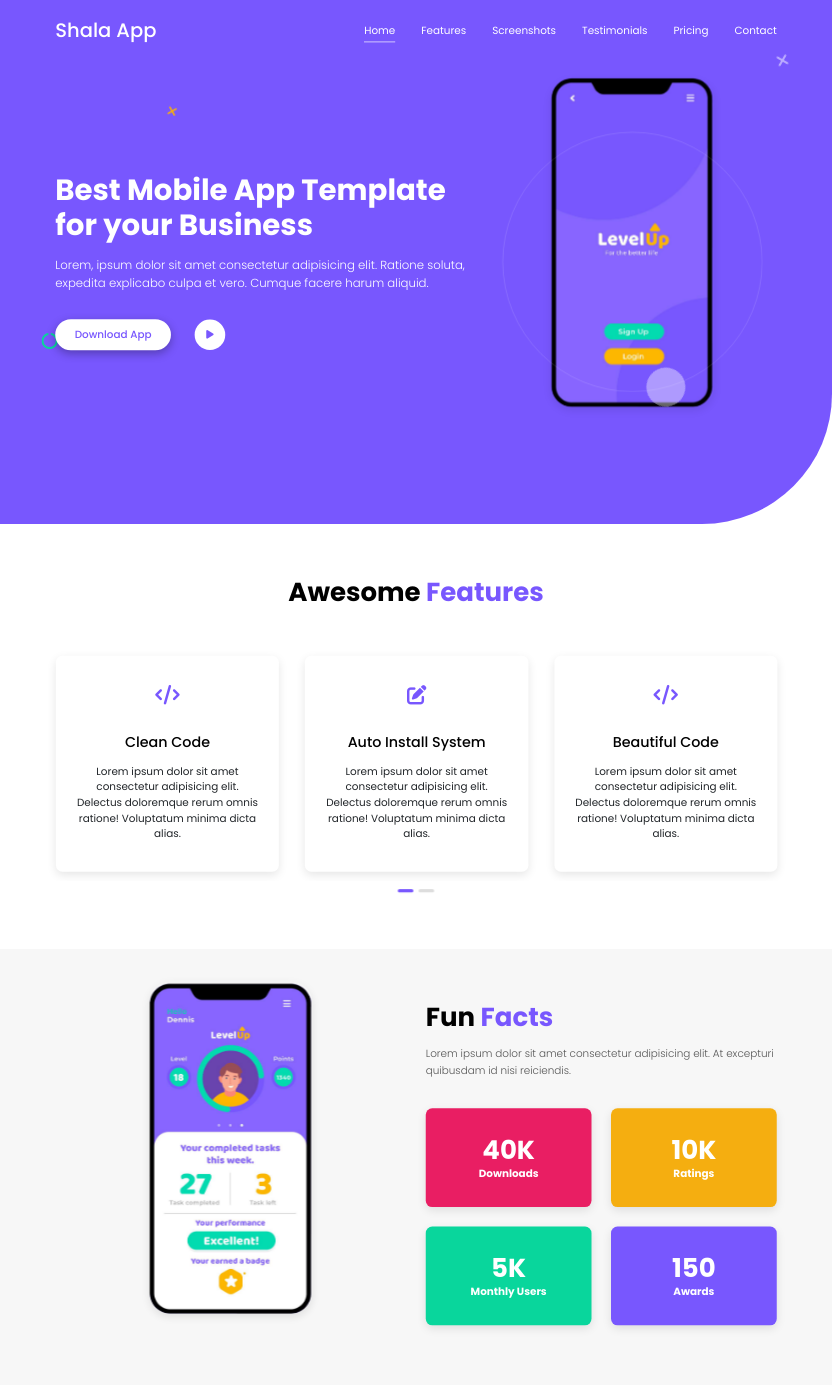
Repository: Mohamed-Hema/Shala-App
Page: index.html
An editor plug-in stored every save of this project. The page is shown before and after a run of saves, followed by the edit.
The browser window is 1280 px wide. The pictures show the whole page, at 65% of full size.
Some web libraries are served in a nearby version.

Above is the page before, as saved 2021-02-19 17:11:18.

### index.html
<!DOCTYPE html>
<html lang="zxx">
<head>
  <title>Shala - App Landing Page</title>
  <meta charset="utf-8">
  <meta name="viewport" content="width=device-width, initial-scale=1">
  <!-- owl carousel css -->
  <link rel="stylesheet" href="css/owl.carousel.min.css">
  <!-- font awesome icons -->
  <script src="https://kit.fontawesome.com/794108ad0e.js" crossorigin="anonymous"></script>
  <!-- bootstrap css -->
  <link rel="stylesheet" href="css/bootstrap.min.css">
  <!-- main css -->
  <link rel="stylesheet" href="css/style.css">
</head>
<body>

  <!-- Start NavBar -->
  <nav class="navbar navbar-expand-md fixed-top">
    <div class="container">
      <!-- Brand -->
      <a class="navbar-brand" href="#">Shala App</a>

      <!-- Toggler/collapsibe Button -->
      <button class="navbar-toggler" type="button" data-toggle="collapse" data-target="#collapsibleNavbar">
        <span class="navbar-toggler-icon"></span>
      </button>

      <!-- Navbar links -->
      <div class="collapse navbar-collapse" id="collapsibleNavbar">
        <ul class="navbar-nav ml-auto">
          <li class="nav-item">
            <a class="nav-link active" href="#">Home</a>
          </li>
          <li class="nav-item">
            <a class="nav-link" href="#">Features</a>
          </li>
          <li class="nav-item">
            <a class="nav-link" href="#">Screenshots</a>
          </li>
          <li class="nav-item">
            <a class="nav-link" href="#">Testimonials</a>
          </li>
          <li class="nav-item">
            <a class="nav-link" href="#">Pricing</a>
          </li>
          <li class="nav-item">
            <a class="nav-link" href="#">Contact</a>
          </li>
        </ul>
      </div>
    </div>
  </nav>

  <!-- End NavBar -->
  <!-- Start Home Section -->
  <section class="home d-flex align-items-center">
    <div class="effect-wrap">
      <i class="fas fa-plus effect effect-1"></i>
      <i class="fas fa-plus effect effect-2"></i>
      <i class="fas fa-circle-notch effect effect-3"></i>
    </div>
    <div class="container">
      <div class="row align-items-center">
        <div class="col-md-7">
          <div class="home-text">
            <h1>Best Mobile App Template for your Business</h1>
            <p>Lorem, ipsum dolor sit amet consectetur adipisicing elit. Ratione soluta, expedita explicabo culpa et vero. Cumque facere harum aliquid.</p>
            <div class="home-btn">
              <a href="#" class="btn btn-1">Download App</a>
              <button type="button" class="btn btn-1 video-play-btn">
                <i class="fas fa-play"></i>
              </button>
            </div>
          </div>
        </div>
        <div class="col-md-5 text-center">
          <div class="home-img">
            <div class="circle"></div>
            <img src="img/app-screenshots/1.png" alt="First App Screen">
          </div>
        </div>
      </div>
    </div>
  </section>
  <!-- End Home Section -->
  <!-- Start Video PopUp -->
  <div class="video-popup">
    <div class="video-popup-inner">
      <i class="fas fa-times video-popup-close"></i>
      <div class="iframe-box">
        <iframe id="player-1" src="https://www.youtube.com/embed/o1eY1MPcRQs" allow="accelerometer; autoplay; clipboard-write; encrypted-media; gyroscope; picture-in-picture" allowfullscreen></iframe>
      </div>
    </div>
  </div>
  <!-- End Video PopUP -->
  <!-- Start Features Section -->
  <section class="features section-padding">
    <div class="container">
      <div class="row justify-content-center">
        <div class="col-lg-8">
          <div class="section-title">
            <h2>Awesome <span>Features</span></h2>
          </div>
        </div>
      </div>
      <div class="row">
        <div class="owl-carousel features-carousel">
          <div class="feature-item">
            <div class="icon"><i class="fas fa-code"></i></div>
            <h3>Clean Code</h3>
            <p>Lorem ipsum dolor sit amet consectetur adipisicing elit. Delectus doloremque rerum omnis ratione! Voluptatum minima dicta alias.</p>
          </div>
          <div class="feature-item">
            <div class="icon"><i class="fas fa-edit"></i></div>
            <h3>Auto Install System</h3>
            <p>Lorem ipsum dolor sit amet consectetur adipisicing elit. Delectus doloremque rerum omnis ratione! Voluptatum minima dicta alias.</p>
          </div>
          <div class="feature-item">
            <div class="icon"><i class="fas fa-code"></i></div>
            <h3>Beautiful Code</h3>
            <p>Lorem ipsum dolor sit amet consectetur adipisicing elit. Delectus doloremque rerum omnis ratione! Voluptatum minima dicta alias.</p>
          </div>
          <div class="feature-item">
            <div class="icon"><i class="fas fa-check"></i></div>
            <h3>Fast Load App</h3>
            <p>Lorem ipsum dolor sit amet consectetur adipisicing elit. Delectus doloremque rerum omnis ratione! Voluptatum minima dicta alias.</p>
          </div>
          <div class="feature-item">
            <div class="icon"><i class="fas fa-desktop"></i></div>
            <h3>Responsive Design</h3>
            <p>Lorem ipsum dolor sit amet consectetur adipisicing elit. Delectus doloremque rerum omnis ratione! Voluptatum minima dicta alias.</p>
          </div>

        </div>
      </div>
    </div>
  </section>

  <!-- End Features Section -->
  <!-- Start Fun Facts Section -->
  <section class="fun-facts section-padding">
    <div class="container">
      <div class="row">
        <div class="col-lg-6 col-md-5 d-flex align-items-center justify-content-center">
          <div class="fun-facts-img">
            <img src="img/app-screenshots/2.png" alt="Fun Facts">
          </div>
        </div>
        <div class="col-lg-6 col-md-7">
          <div class="section-title">
            <h2>Fun <span>Facts</span></h2>
          </div>
          <div class="fun-facts-text">
            <p>Lorem ipsum dolor sit amet consectetur adipisicing elit. At excepturi quibusdam id nisi reiciendis.</p>
            <div class="row">
              <div class="col-sm-6">
                <div class="fun-fact-item style-1">
                  <h3>40K</h3>
                  <span>Downloads</span>
                </div>
              </div>
              <div class="col-sm-6">
                <div class="fun-fact-item style-2">
                  <h3>10K</h3>
                  <span>Ratings</span>
                </div>
              </div>
              <div class="col-sm-6">
                <div class="fun-fact-item style-3">
                  <h3>5K</h3>
                  <span>Monthly Users</span>
                </div>
              </div>
              <div class="col-sm-6">
                <div class="fun-fact-item style-4">
                  <h3>150</h3>
                  <span>Awards</span>
                </div>
              </div>
            </div>
            </div>
          </div>
        </div>
      </div>
    </div>
  </section>

  <!-- End Fun Facts Section -->

<!-- jquery js -->
<script src="js/jquery.min.js"></script>
<!-- popper js -->
<script src="js/popper.min.js"></script>
<!-- bootstrap js -->
<script src="js/bootstrap.min.js"></script>
<!-- owl carousel js -->
<script src="js/owl.carousel.min.js"></script>
<!-- ScrollIt js -->
<script src="js/scrollIt.min.js"></script>
<!-- main js -->
<script src="js/main.js"></script>
</body>
</html>

### css/style.css
/* Start Global Styles */
@import url('https://fonts.googleapis.com/css2?family=Poppins:wght@300;400;500;600;700;800;900&display=swap');

*{
    margin: 0;
    padding: 0;
    outline: none!important;
}

:root{
    --main-color: #7857fe;
    --color-1: #e91e63;
    --color-2: #f5ae10;
    --color-3: #09d69c;
    --bg-dark: #2b2c2f;
    --main-to-dark-color: var(--main-color);
    --dark-to-main-color: var(--bg-dark);
    --shadow-black-100: 0 5px 15px rgba(0,0,0,.1);
    --shadow-black-300: 0 5px 15px rgba(0,0,0,.3);
    --black-900: #000;
    --black-400: #555555;
    --black-100: #f7f7f7;
    --black-000: #fff;
    --black-alpha-100: rgba(0,0,0,0.05);
}

body{
    font-family: 'Poppins', sans-serif;
    font-size: 16px;
    font-weight: 400;
    overflow-x: hidden;
    background-color: #fff;
    line-height: 1.5;
}
img{
    max-width: 100%;
    vertical-align: middle;
}
ul{
    list-style: none;
}
.btn-1{
    background-color: #fff;
    padding: 12px 30px;
    border: none;
    border-radius: 30px;
    color: var(--main-color);
    font-size: 16px;
    transition: all .5s ease;
    box-shadow: var(--shadow-black-300);
    font-weight: 500;
}
.btn-1:focus{
    box-shadow: var(--shadow-black-300);
}
.btn-1:hover{
    color: #fff;
    background-color: var(--main-color);
}
@keyframes spin_01{
    0%{
        transform: rotate(0deg);
    }
    100%{
        transform: rotate(360deg);
    }
}
@keyframes bounceTop_01{
    0%, 100%{
        transform: translateY(-30px);
    }
    50%{
        transform: translateY(0px);
    }
}
@keyframes pulse_01{
    0%{
        transform: scale(0.94);
        box-shadow: 0 0 0 0 rgba(255,255,255,0.7);
    }
    70%{
        transform: scale(1);
        box-shadow: 0 0 0 12px rgba(255,255,255,0);
    }
    100%{
        transform: scale(0.94);
        box-shadow: 0 0 0 0 rgba(255, 255, 255, 0);
    }
}
.effect-wrap .effect{
    position: absolute;
    z-index: -1;
}
.effect-wrap .effect-1{
    left: 20%;
    top: 20%;
    font-size: 20px;
    color: var(--color-2);
    animation: spin_01 5s linear infinite;
}
.effect-wrap .effect-2{
    right: 5%;
    top: 10%;
    font-size: 25px;
    color: rgba(255, 255, 255, .5);
    animation: spin_01 7s linear infinite;
}
.effect-wrap .effect-3{
    left: 5%;
    bottom: 30%;
    font-size: 25px;
    color: var(--color-3);
    animation: bounceTop_01 3s linear infinite;
}
.section-padding{
    padding: 80px 0;
}
.section-title h2{
    font-size: 40px;
    color: var(--black-900);
    font-weight: 700;
    text-align: center;
    margin: 0;
}
.section-title{
    margin-bottom: 60px;
}
.section-title h2 span{
    color: var(--main-color);
}
.owl-carousel .owl-dots{
    color: var(--main-color);
}
.owl-carousel .owl-dots{
    text-align: center;
}
.owl-carousel .owl-dots .active{
    background-color: var(--main-color);
}
.owl-carousel button.owl-dot{
    height: 5px;
    width: 24px;
    background-color: #ddd;
    display: inline-block;
    margin: 0 4px;
    border-radius: 5px;
}
/* End Global Styles */
/* Start Navbar */
.navbar{
    background-color: transparent;
    padding: 20px 0;
    transition: all .5s ease;
}
.navbar.navbar-shrink{
    box-shadow: 0 10px 10px rgba(0, 0, 0, .1);
    background-color: var(--main-color);
    padding: 10px 0;
}
.navbar > .container{
    padding: 0 15px;
}
.navbar .navbar-brand{
    font-size: 30px;
    color: #fff;
    font-weight: 500;
}
.navbar .nav-item{
    margin-left: 40px;
}
.navbar .nav-item .nav-link{
    color: #fff;
    font-size: 16px;
    font-weight: 400;
    padding: 5px 0;
    position: relative;
}
.navbar .nav-item .nav-link::before{
    content: '';
    position: absolute;
    left: 0;
    right: 0;
    bottom: 0;
    height: 1px;
    background-color: #fff;
    transition: all .5s ease;
    transform: scale(0);
}
.navbar .nav-item .nav-link.active::before,
.navbar .nav-item .nav-link:hover::before{
    transform: scale(1);
}
.navbar .nav-item .nav-link:hover.active::before{
    transform: scale(0);
}
/* End Navbar */
/* Start Home Section */
.home{
    min-height: 100vh;
    padding: 150px 0;
    background-color: var(--main-to-dark-color);
    border-radius: 0 0 200px 0;
    position: relative;
    z-index: 1;
}
.home-text h1{
    font-size: 45px;
    font-weight: 700;
    color: #fff;
    margin: 0 0 20px;
}
.home-text p{
    font-size: 18px;
    line-height: 28px;
    color: #fff;
    margin: 0;
    font-weight: 300;
}
.home .home-btn{
    margin-top: 40px;
}
.home .home-btn .video-play-btn:hover{
    animation: none;
    box-shadow: var(--shadow-black-300);
}
.home .home-btn .video-play-btn{
    margin-left: 30px;
    height: 50px;
    width: 50px;
    padding: 0;
    font-size: 16px;
    animation: pulse_01 2s ease infinite;
}
.home .home-btn .video-play-btn i{
    line-height: 50px;
}
.home-img img{
    max-width: 250px;
    width: 100%;
    box-shadow: var(--shadow-black-100);
    border-radius: 32px;
    animation: bounceTop_01 3s ease infinite;
}

.home-img{
    position: relative;
}
.home-img .circle{
    position: absolute;
    z-index: 1;
    height: 400px;
    width: 400px;
    border: 1px solid rgba(255, 255, 255, .2);
    border-radius: 50%;
    top: 50%;
    left: 50%;
    transform: translate(-50%, -50%);
}
.home-img .circle::before{
    content: '';
    position: absolute;
    height: 60px;
    width: 60px;
    background-color: rgba(255, 255, 255, .4);
    border-radius: 50%;
    left: 30px;
    top: 30px;
    transform-origin: 170px 170px;
    animation: spin_01 10s linear infinite;
}
/* Video PopUP */
.video-popup{
    padding: 30px;
    position: fixed;
    left: 0;
    top: 0;
    width: 100%;
    height: 100%;
    z-index: 1999;
    background-color: rgba(0,0,0,.7);
    display: flex;
    align-items: center;
    justify-content: center;
    opacity: 0;
    visibility: hidden;
    transition: all .5s ease;
}
.video-popup.open{
    opacity: 1;
    visibility: visible;
}
.video-popup-inner{
    width: 100%;
    max-width: 900px;
    position: relative;
}
.video-popup .video-popup-close{
    position: absolute;
    right: 0;
    top: -30px;
    height: 30px;
    width: 30px;
    font-size: 16px;
    text-align: center;
    line-height: 30px;
    cursor: pointer;
    color: #fff;

}
.video-popup .iframe-box{
    height: 0;
    overflow-x: hidden;
    padding-top: 56.25%;
}
.video-popup #player-1 {
    position: absolute;
    left: 0;
    top: 0;
    width: 100%;
    height: 100%;
    border: 0;
}
/* End Home Section */
/* Start Features Section */
.features .feature-item{
    box-shadow: var(--shadow-black-100);
    margin: 15px;
    padding: 30px;
    border-radius: 10px;
    text-align:center;
    position: relative;
    z-index: 1;
    overflow: hidden;
}
.features .feature-item::after,
.features .feature-item::before{
    content: '';
    position: absolute;
    z-index: -1;
    border-radius: 50%;
    transition: all .5s ease;
    opacity: 0;
}
.features .feature-item::before{
    height: 20px;
    width: 20px;
    background-color: var(--color-1);
    left: -20px;
    top: 40%;
}
.features .feature-item::after{
    height: 30px;
    width: 30px;
    background-color: var(--color-2);
    left: -30px;
    top: 80%;
}
.features .feature-item .icon{
    height: 60px;
    width: 60px;
    margin: 0 auto 30px;
    text-align: center;
    font-size: 30px;
    color: var(--main-color);
    position: relative;
    z-index: 1;
    transition: all .5s ease;
    cursor: pointer;
}
.features .feature-item .icon::before{
    content: '';
    position: absolute;
    left: 100%;
    top: 0;
    width: 100%;
    height: 100%;
    background-color: var(--main-color);
    transition: all .5s ease;
    z-index: -1;
    opacity: 0;
}
.features .feature-item:hover .icon{
    color: #fff;
    font-size: 20px;
}
.features .feature-item:hover .icon::before{
    left: 0;
    border-radius: 50%;
    opacity: 1;

}
.features .feature-item .icon i{
    line-height: 60px;
}
.features .feature-item h3{
    font-size: 22px;
    margin: 0 0 20px;
    color: var(--black-900);
    font-weight: 500;
}
.features .feature-item .icon p{
    font-size: 16px;
    line-height: 26px;
    font-weight: 300;
    color: var(--black-400);
    margin: 0 0 15px;
}
/* End Features Section */
/* Start Fun Facts Section */
.fun-facts{
    background-color: var(--black-100);
}
.fun-facts-img img{
    max-width: 250px;
    width: 100%;
    box-shadow: var(--shadow-black-100);
    border-radius: 32px;
    animation: bounceTop_01 3s ease infinite;
}
.fun-facts .section-title{
    margin-bottom: 20px;
}

.fun-facts .section-title h2{
    text-align: left;
}
.fun-facts-text p{
    font-size: 16px;
    line-height: 26px;
    color: var(--black-400);
    margin: 0 0 15px;
    font-weight: 300;
}
.fun-fact-item{
    padding: 40px 30px;
    text-align: center;
    box-shadow: var(--shadow-black-100);
    border-radius: 10px;
    margin-top: 30px;
    color: #fff;
    font-weight: bold;
}
.fun-fact-item h3{
    font-size: 40px;
    font-weight: 700;
    color: #fff;
    margin: 0rem;
}
.fun-fact-item p{

}
.fun-fact-item.style-1{
    background-color: var(--color-1);
}
.fun-fact-item.style-2{
    background-color: var(--color-2);
}
.fun-fact-item.style-3{
    background-color: var(--color-3);
}
.fun-fact-item.style-4{
    background-color: var(--main-color);
}
/* End Fun Facts Section */

### js/main.js
// import $ from "jQuery";
$(document).ready(function() {
    // NavBar Shrink
    $(window).on("scroll", function() {
        if($(this).scrollTop() > 90) {
            $(".navbar").addClass("navbar-shrink");
        } else {
            $(".navbar").removeClass("navbar-shrink");
        }
    });
    // Video popUP
    const vdeoSrc = $("#player-1").attr("src");
    $(".video-play-btn, .video-popup").on("click", function() {
        if($(".video-popup").hasClass("open")) {
            $(".video-popup").removeClass("open");
            $("#player-1").attr("src", "");
        } else {
            $(".video-popup").addClass("open");
            if($("#player-1").attr("src")==''){
                $("#player-1").attr("src", videoSrc);
            }
        }
    });
    // Features Carousel
    $('.features-carousel').owlCarousel({
        loop:true,
        margin:10,
        responsiveClass:true,
        responsive:{
            0:{
                items:1,
            },
            600:{
                items:2,
            },
            1000:{
                items:3,

            }
        }
    })
});

Loaded but not shown: css/owl.carousel.min.css (library); css/bootstrap.min.css (library); js/jquery.min.js (library); js/popper.min.js (library); js/bootstrap.min.js (library); js/owl.carousel.min.js (library); js/scrollIt.min.js (common file)

After the next 3 saves:
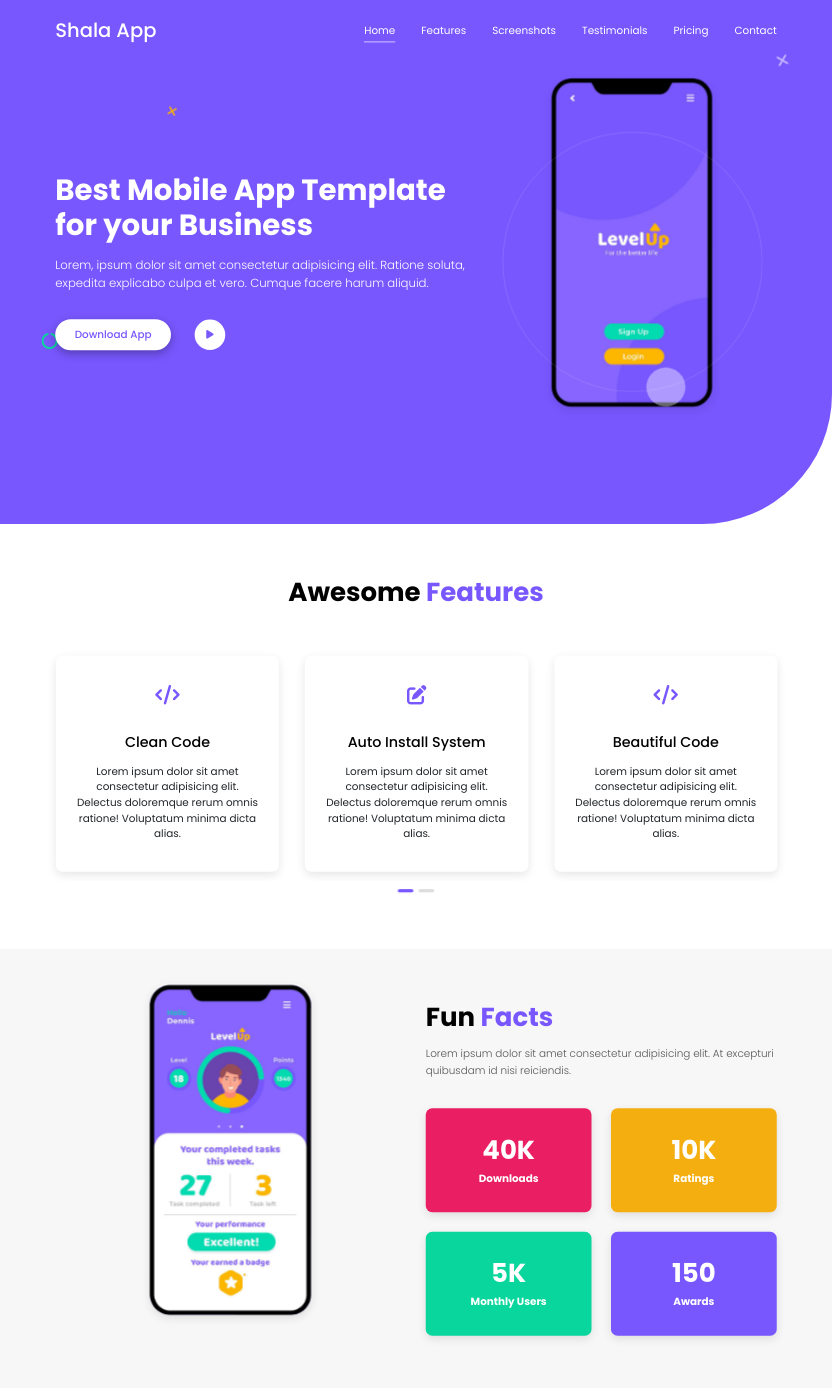
The 3 saves are shown as one change because they came seconds apart.
The last was saved 17 s later.
--- a/css/style.css
+++ b/css/style.css
@@ -444,7 +444,7 @@ ul{
     font-size: 40px;
     font-weight: 700;
     color: #fff;
-    margin: 0rem;
+    margin: 0 0 8px;
 }
 .fun-fact-item p{
 
